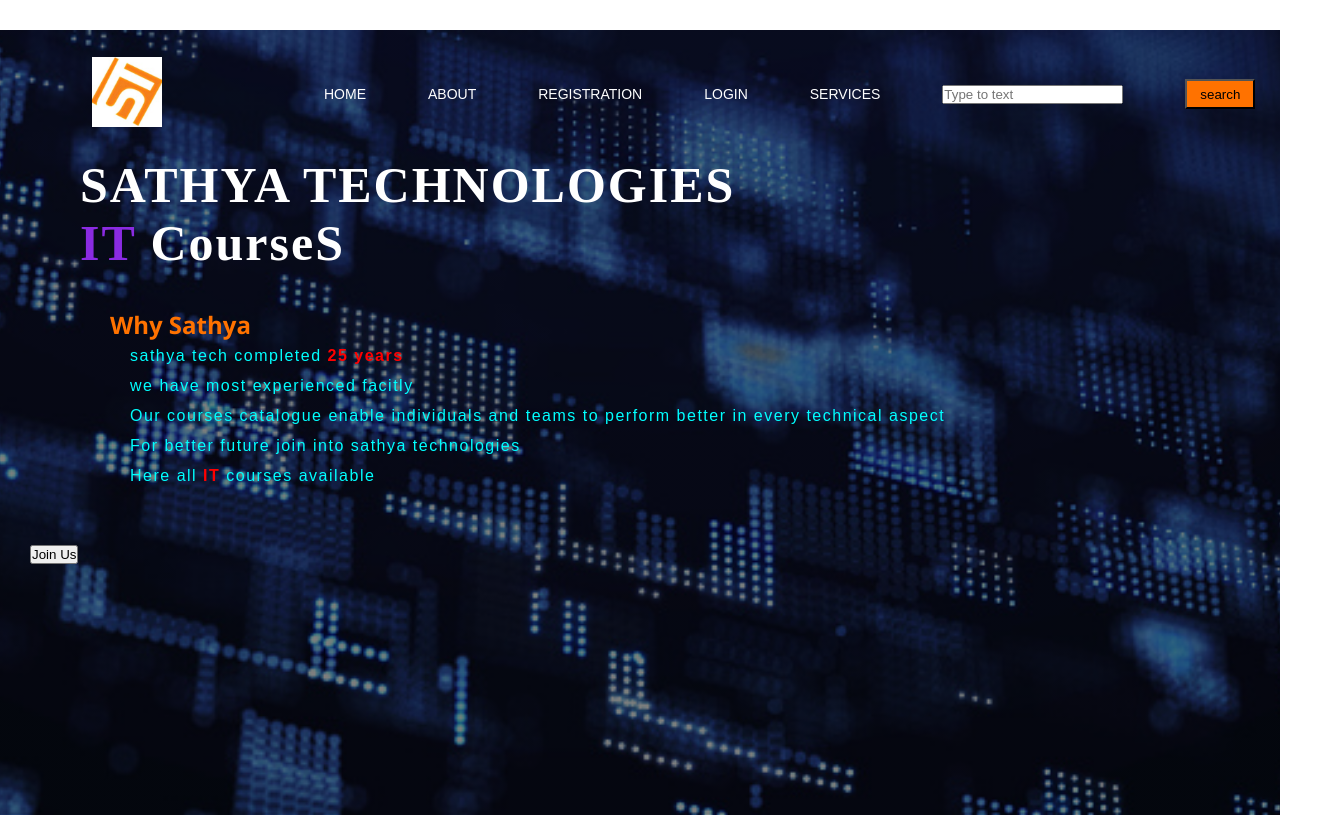
Repository: sainath0323/Website-design-using-J2EE
Page: AdvanceJavaApplication/src/main/webapp/index.html
These files come from the project's save history. The page is drawn as it stood at one moment and after the next save; the edit follows.
The browser window is 1280 px wide. The page is 1317 px wide, so the pictures cover 1317 px, including what lies to the right of the window. The pictures show the whole page.

Above is the page before, as saved 2023-04-26 05:44:28.

After the next save:
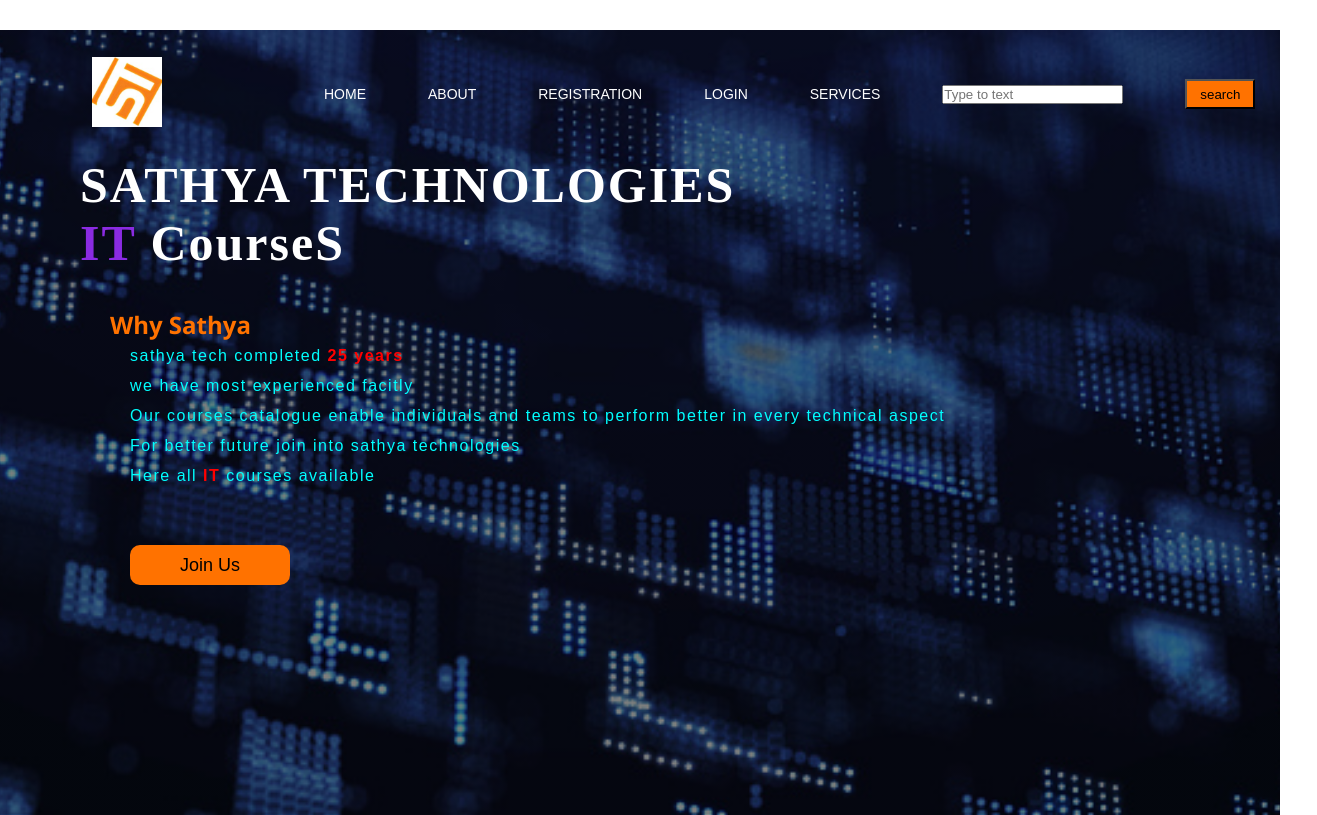
Saved 28 s later.
--- a/AdvanceJavaApplication/src/main/webapp/index.html
+++ b/AdvanceJavaApplication/src/main/webapp/index.html
@@ -42,9 +42,11 @@
 				<br>
 				<br>
 				<br>
-
-				<a href="#"> <button> Join Us</button></a>
-
+				<a href="#">
+				<button class="cn">
+				Join Us
+				</button>
+</a>
 			</div>
 
 		</div>
